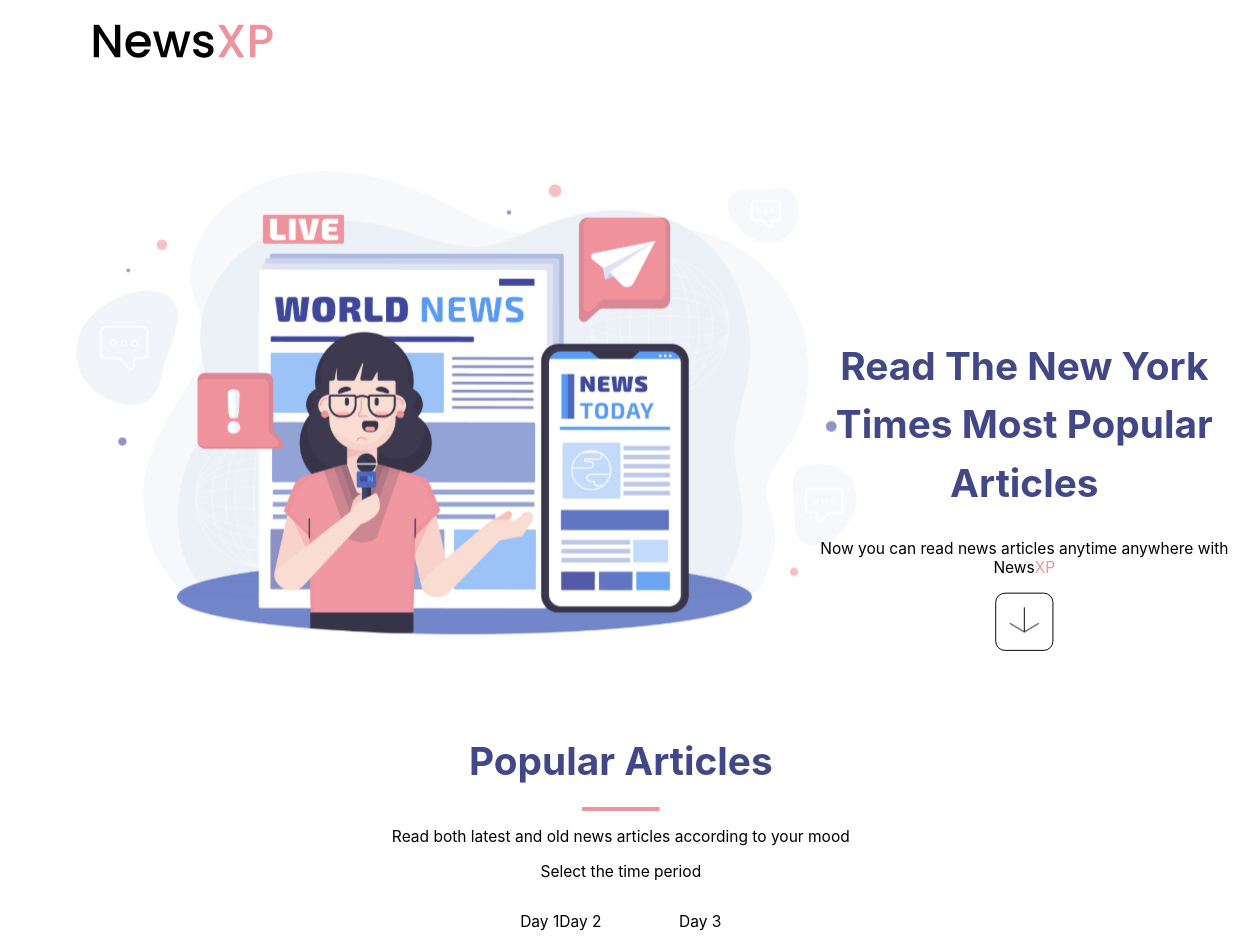
Repository: vishalsinghhh/NewsXP
Page: /
These files come from the project's save history. The page is drawn as it stood at one moment and after the next save; the edit follows.
The browser window is 1280 px wide. The pictures show the whole page, at 97% of full size.
The project was rebuilt for these pictures with package versions that can differ from the ones it lists, and the page was loaded fresh each time. Imported but missing from the stored project, and not drawn on this page: src/pages/Error.

Above is the page before, as saved 2021-08-20 11:21:14.

After the next save:
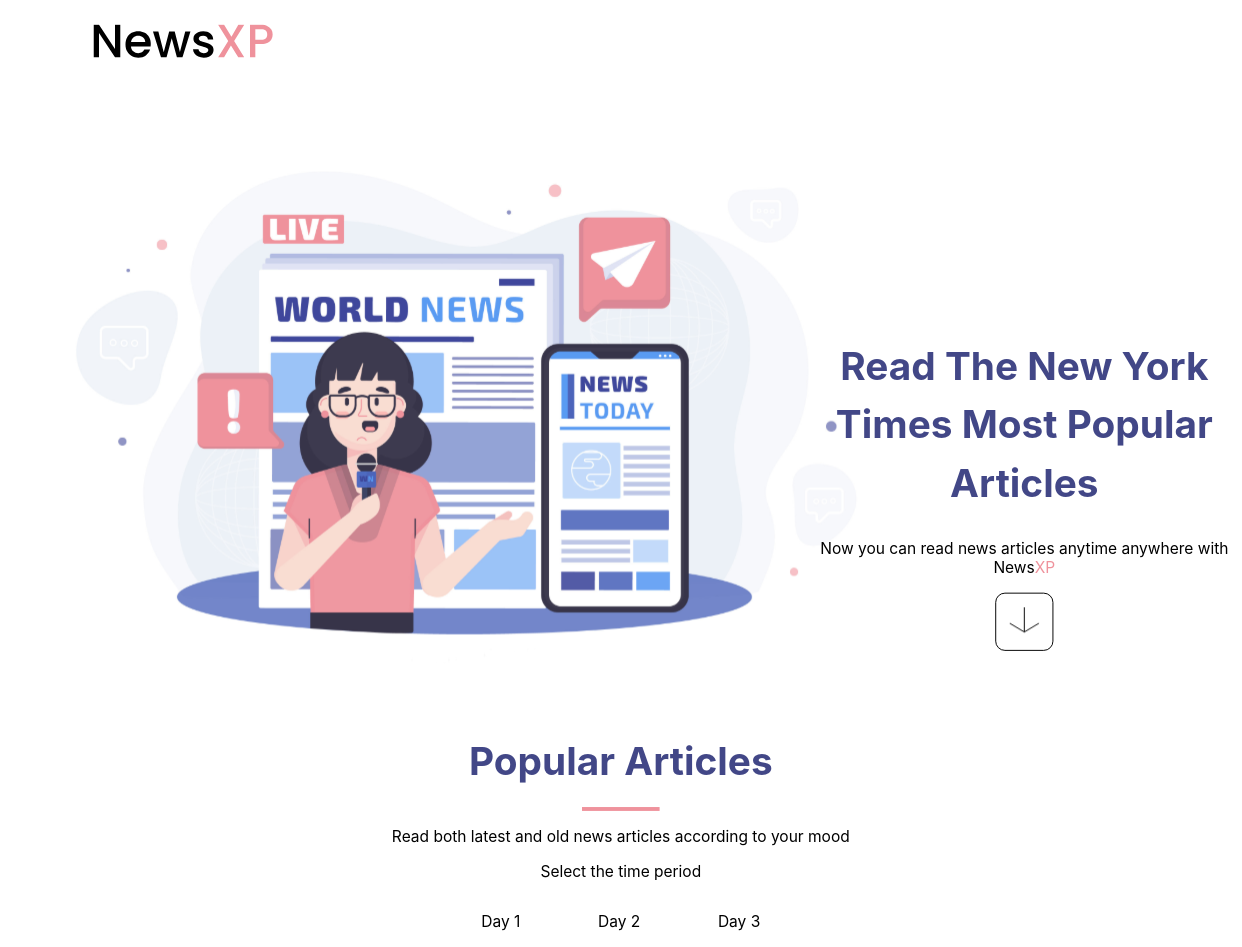
Saved 4 s later.
--- a/src/pages/pages.css
+++ b/src/pages/pages.css
@@ -114,5 +114,5 @@
   text-align: center;
 }
 .day2{
-  padding: 0rem 5rem 0rem 0rem;
+  padding: 0rem 5rem 0rem 5rem;
 }
